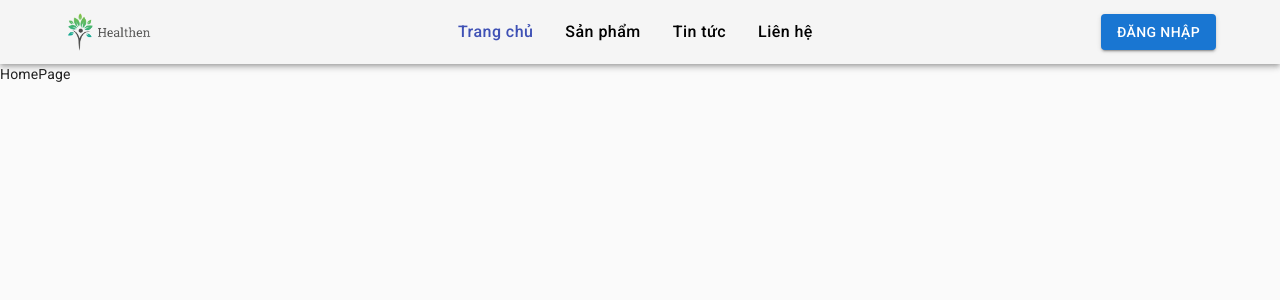
Repository: ndtrung341/Bao_Cao_PTW
Page: / (app in client/)
An editor plug-in stored every save of this project. The page is shown before and after the next save, followed by the edit.
The browser window is 1280 px wide. The pictures show the whole page.
The project was rebuilt for these pictures with package versions that can differ from the ones it lists, and the page was loaded fresh each time. Also part of the build but not shown: client/src/App.css, client/src/features/cart/index.jsx.

Above is the page before, as saved 2022-03-24 15:02:50.

### client/public/index.html
<!DOCTYPE html>
<html lang="en">
   <head>
      <meta charset="utf-8" />
      <link rel="icon" href="%PUBLIC_URL%/favicon.ico" />
      <meta name="viewport" content="width=device-width, initial-scale=1" />
      <meta name="theme-color" content="#000000" />
      <meta name="description" content="Web site created using create-react-app" />
      <link rel="apple-touch-icon" href="%PUBLIC_URL%/logo192.png" />
      <!--
      manifest.json provides metadata used when your web app is installed on a
      user's mobile device or desktop. See https://developers.google.com/web/fundamentals/web-app-manifest/
    -->
      <link rel="manifest" href="%PUBLIC_URL%/manifest.json" />
      <!--
      Notice the use of %PUBLIC_URL% in the tags above.
      It will be replaced with the URL of the `public` folder during the build.
      Only files inside the `public` folder can be referenced from the HTML.

      Unlike "/favicon.ico" or "favicon.ico", "%PUBLIC_URL%/favicon.ico" will
      work correctly both with client-side routing and a non-root public URL.
      Learn how to configure a non-root public URL by running `npm run build`.
    -->
      <link
         rel="stylesheet"
         href="https://fonts.googleapis.com/css?family=Roboto:300,400,500,700&display=swap"
      />
      <link rel="stylesheet" href="https://fonts.googleapis.com/icon?family=Material+Icons" />
      <title>React App</title>
   </head>
   <body>
      <noscript>You need to enable JavaScript to run this app.</noscript>
      <div id="root"></div>
      <!--
      This HTML file is a template.
      If you open it directly in the browser, you will see an empty page.

      You can add webfonts, meta tags, or analytics to this file.
      The build step will place the bundled scripts into the <body> tag.

      To begin the development, run `npm start` or `yarn start`.
      To create a production bundle, use `npm run build` or `yarn build`.
    -->
   </body>
</html>

### client/src/index.js
import React from 'react';
import ReactDOM from 'react-dom';
import './index.css';
import App from './App';
import reportWebVitals from './reportWebVitals';
import { CssBaseline } from '@material-ui/core';
import { BrowserRouter } from 'react-router-dom';

ReactDOM.render(
   <React.StrictMode>
      <BrowserRouter>
         <CssBaseline />
         <App />
      </BrowserRouter>
   </React.StrictMode>,
   document.getElementById('root')
);

// If you want to start measuring performance in your app, pass a function
// to log results (for example: reportWebVitals(console.log))
// or send to an analytics endpoint. Learn more: https://bit.ly/CRA-vitals
reportWebVitals();

### client/src/App.jsx
import './App.css';
import Header from './components/Header';
import { Route, Routes } from 'react-router-dom';
import React from 'react';
import CartFeature from 'features/cart';

const CollectionsFeature = React.lazy(() => import('features/collections'));
const ProductFeature = React.lazy(() => import('features/product'));
const HomePage = React.lazy(() => import('pages/HomePage'));

function App() {
   return (
      <>
         <Header />
         <React.Suspense fallback={''}>
            <Routes>
               <Route path='' element={<HomePage />} />
               <Route path='collections' element={<CollectionsFeature />} />
               <Route path='product/*' element={<ProductFeature />} />
               <Route path='cart/*' element={<CartFeature />}></Route>
            </Routes>
         </React.Suspense>
      </>
   );
}

export default App;

### client/src/components/Header/index.jsx
import React from 'react';
import AppBar from '@mui/material/AppBar';
import Box from '@mui/material/Box';
import Toolbar from '@mui/material/Toolbar';
import Container from '@mui/material/Container';
import HeaderLogo from './HeaderLogo';
import HeaderMenu from './HeaderMenu';
import HeaderRight from './HeaderRight';

const Header = () => {
   return (
      <AppBar position="static" color="default">
         <Container>
            <Toolbar disableGutters>
               <HeaderLogo />
               <HeaderMenu />
               <Box sx={{ flexGrow: 0, order: { xs: 2, md: 0 } }}>
                  <HeaderRight />
               </Box>
            </Toolbar>
         </Container>
      </AppBar>
   );
};

export default Header;

### client/src/pages/HomePage.jsx
import React from 'react';

const HomePage = () => {
   return <div>HomePage</div>;
};

export default HomePage;

### client/src/components/Header/HeaderLogo.jsx
import React from 'react';
import { Box } from '@mui/material';
import { LOGO } from 'constants';

const HeaderLogo = () => {
   return (
      <>
         <Box
            sx={{
               display: 'flex',
               flexGrow: { md: 0, xs: 1 },
               order: { md: 0, xs: 1 },
               mr: 2,
            }}
         >
            <img src={LOGO} alt="" width={90} />
         </Box>
      </>
   );
};

export default HeaderLogo;

### client/src/components/Header/HeaderMenu.jsx
import { Box, Button, IconButton, Menu, MenuItem, Typography } from '@mui/material';
import React from 'react';
import MenuIcon from '@mui/icons-material/Menu';
import { NAV_LINKS } from 'constants';
import { makeStyles } from '@material-ui/core';
import { NavLink } from 'react-router-dom';

const useStyles = makeStyles((theme) => ({
   menu: {
      color: theme.palette.text.secondary,
      justifyContent: 'center',
      '&>button': {
         margin: theme.spacing(0, 1),
         display: 'block',
         fontSize: theme.typography.htmlFontSize,
      },
   },
   link: {
      color: theme.palette.common.black,
      textTransform: 'none',
      textDecoration: 'none',
      '&.active': {
         color: theme.palette.primary.main,
      },
   },
}));

const HeaderMenu = () => {
   const classes = useStyles();

   const [anchorElNav, setAnchorElNav] = React.useState(null);

   const handleOpenNavMenu = (event) => {
      setAnchorElNav(event.currentTarget);
   };

   const handleCloseNavMenu = () => {
      setAnchorElNav(null);
   };

   return (
      <>
         {/* MENU MOBILE */}
         <Box sx={{ flexGrow: 1, flexShrink: 0, display: { xs: 'flex', md: 'none' } }}>
            <IconButton
               size='large'
               aria-label='account of current user'
               aria-controls='menu-appbar'
               aria-haspopup='true'
               onClick={handleOpenNavMenu}
               color='inherit'
            >
               <MenuIcon />
            </IconButton>
            <Menu
               id='menu-appbar'
               anchorEl={anchorElNav}
               anchorOrigin={{
                  vertical: 'bottom',
                  horizontal: 'left',
               }}
               keepMounted
               transformOrigin={{
                  vertical: 'top',
                  horizontal: 'left',
               }}
               open={Boolean(anchorElNav)}
               onClose={handleCloseNavMenu}
               sx={{
                  display: { xs: 'block', md: 'none' },
               }}
            >
               {NAV_LINKS.map((item) => (
                  <MenuItem key={item.name} onClick={handleCloseNavMenu}>
                     <Typography textAlign='center'>{item.name}</Typography>
                  </MenuItem>
               ))}
            </Menu>
         </Box>
         {/* END MENU MOBILE */}

         {/* MENU */}
         <Box sx={{ flexGrow: 1, flexShrink: 0, display: { xs: 'none', md: 'flex' } }} className={classes.menu}>
            {NAV_LINKS.map((item) => (
               <Button key={item.name} onClick={handleCloseNavMenu}>
                  <NavLink to={item.path} className={classes.link}>
                     {item.name}
                  </NavLink>
               </Button>
            ))}
         </Box>
      </>
   );
};

export default HeaderMenu;

### client/src/components/Header/HeaderRight.jsx
import React, { useState } from 'react';
import { LogoutOutlined } from '@mui/icons-material';
import {
   Avatar,
   Button,
   Divider,
   IconButton,
   ListItemIcon,
   ListItemText,
   Menu,
   MenuItem,
   Tooltip,
} from '@mui/material';
import { SETTING_LINKS, AVATAR_DEFAULT } from 'constants';

const HeaderRight = () => {
   const [anchorElUser, setAnchorElUser] = useState(null);
   const isLoggedIn = false;

   const handleOpenUserMenu = (event) => {
      setAnchorElUser(event.currentTarget);
   };

   const handleCloseUserMenu = () => {
      setAnchorElUser(null);
   };

   if (!isLoggedIn) {
      return (
         <Button variant='contained' size='medium'>
            Đăng nhập
         </Button>
      );
   }

   return (
      <>
         <Tooltip title='Open settings'>
            <IconButton onClick={handleOpenUserMenu} sx={{ p: 0 }}>
               <Avatar alt='Remy Sharp' src={AVATAR_DEFAULT} sx={{ width: 45, height: 45 }} />
            </IconButton>
         </Tooltip>
         <Menu
            id='menu-appbar'
            anchorEl={anchorElUser}
            anchorOrigin={{
               vertical: 'bottom',
               horizontal: 'right',
            }}
            keepMounted
            transformOrigin={{
               vertical: 'top',
               horizontal: 'right',
            }}
            open={Boolean(anchorElUser)}
            onClose={handleCloseUserMenu}
         >
            {SETTING_LINKS.map((setting) => (
               <MenuItem key={setting.name} onClick={handleCloseUserMenu}>
                  <ListItemIcon>{setting.icon}</ListItemIcon>
                  <ListItemText>{setting.name}</ListItemText>
               </MenuItem>
            ))}
            <Divider />
            <MenuItem>
               <ListItemIcon>
                  <LogoutOutlined />
               </ListItemIcon>
               <ListItemText>Đăng xuất</ListItemText>
            </MenuItem>
         </Menu>
      </>
   );
};

export default HeaderRight;

### client/src/constants/common.js
import InfoOutlinedIcon from '@mui/icons-material/InfoOutlined';
import AccountCircleOutlinedIcon from '@mui/icons-material/AccountCircleOutlined';

export const LOGO = require('assets/img/logo.png');
export const AVATAR_DEFAULT = require('assets/img/avatar-default.png');
export const NAV_LINKS = [
   {
      name: 'Trang chủ',
      path: '/',
   },
   {
      name: 'Sản phẩm',
      path: '/collections',
   },
   {
      name: 'Tin tức',
      path: '/blog',
   },
   {
      name: 'Liên hệ',
      path: '/contact',
   },
];

export const SETTING_LINKS = [
   {
      name: 'Thông tin cá nhân',
      path: '/user/profile',
      icon: <InfoOutlinedIcon />,
   },
   {
      name: 'Tài khoản',
      path: '/user/account',
      icon: <AccountCircleOutlinedIcon />,
   },
];

Loaded but not shown: client/src/index.css (common file); client/src/reportWebVitals.js (common file); client/src/constants/index.js (common file)

After the next save:
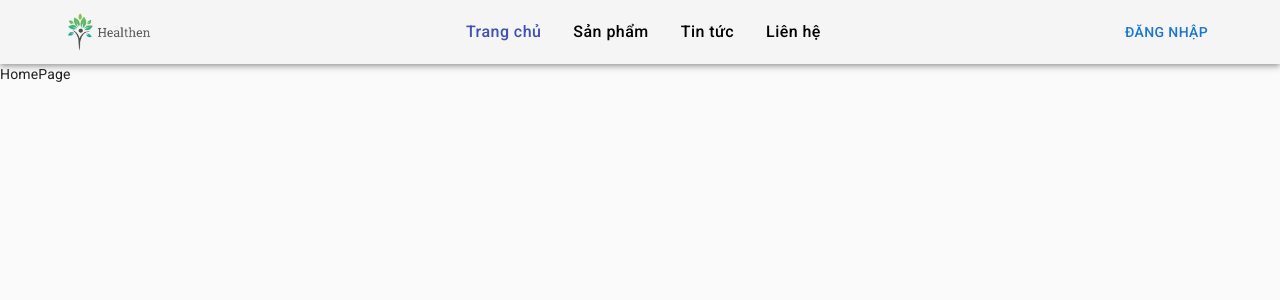
Saved 15 s later.
--- a/client/src/components/Header/HeaderRight.jsx
+++ b/client/src/components/Header/HeaderRight.jsx
@@ -27,7 +27,7 @@
 
    if (!isLoggedIn) {
       return (
-         <Button variant='contained' size='medium'>
+         <Button variant='text' size='medium'>
             Đăng nhập
          </Button>
       );
